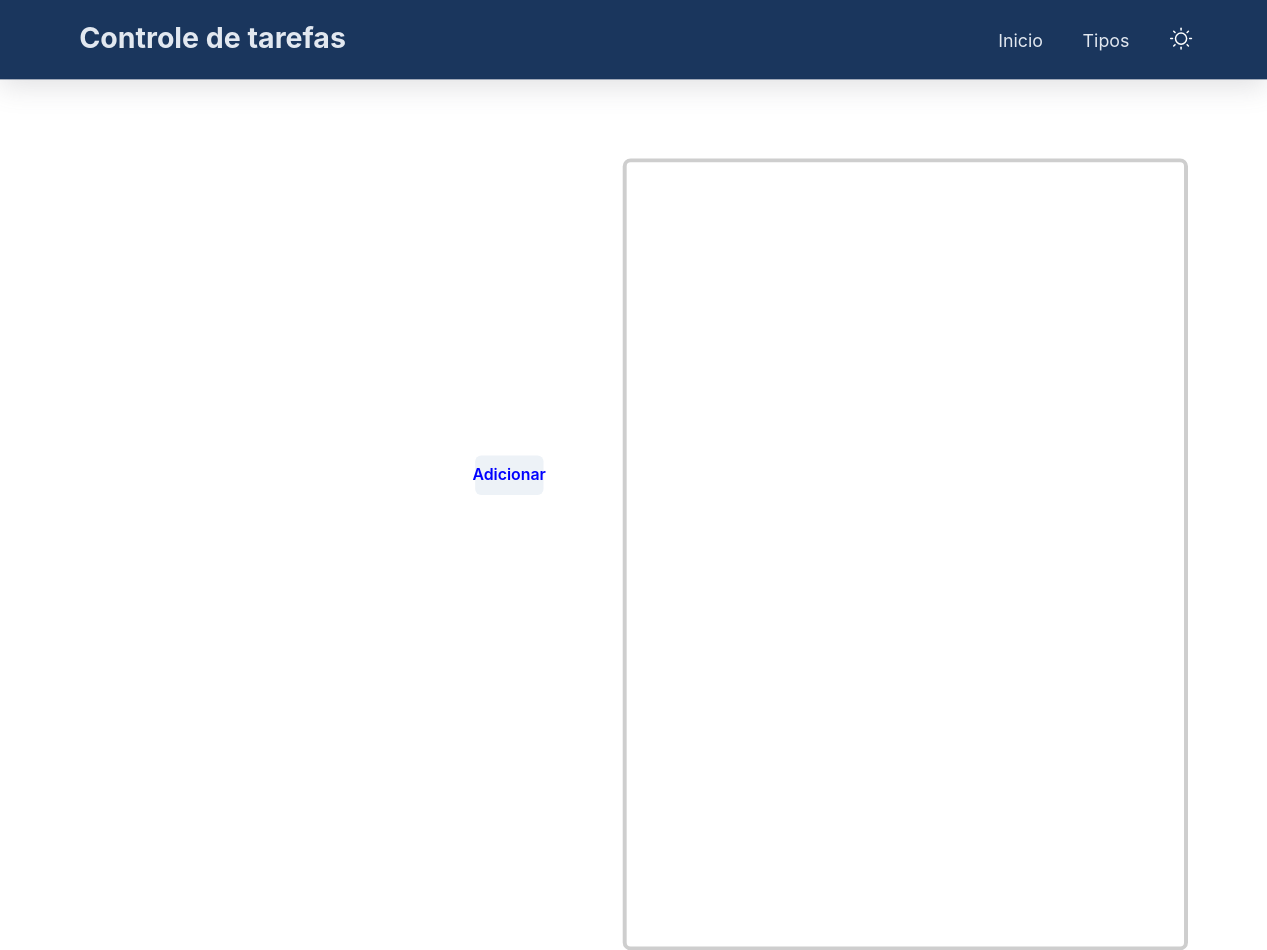
Repository: leosulzbach/Hackaton-Relampago
Page: /tipos (app in Front/)
An editor plug-in stored every save of this project. The page is shown before and after the next save, followed by the edit.
The browser window is 1280 px wide. The pictures show the whole page, at 99% of full size.
The page's requests for data from a server got no answer. The project was rebuilt for these pictures with package versions that can differ from the ones it lists, and the page was loaded fresh each time. No one was signed in, and anything a server would have sent is missing. Also part of the build but not shown: Front/vite.config.ts, Front/src/Components/Cards/CadInfo.styles.ts, Front/src/Components/Cards/CardInfo.tsx, Front/src/Components/Cards/Cards.styles.ts, Front/src/Components/Cards/Card.tsx, Front/src/Pages/home.tsx.

Above is the page before, as saved 2022-11-07 17:04:56.

### Front/src/App.tsx
import { ChakraProvider, theme } from "@chakra-ui/react"
import { BrowserRouter } from "react-router-dom"
import { Router } from "./Routes/Router"



function App() {
  return(
    <ChakraProvider theme={theme}>
    <BrowserRouter>
      <Router />
    </BrowserRouter>
  </ChakraProvider>
  )
}

export default App

### Front/src/Routes/Router.tsx
import { Routes, Route } from "react-router-dom";
import { Home } from "../Pages/home";
import { Tipos } from "../Pages/tipos";


export function Router() {
  return (
    <Routes>
      <Route path="/home" element={<Home />} />
      <Route path="/tipos" element={<Tipos />} />
     </Routes>
  );
}

### Front/src/Pages/tipos.tsx
import { Box, Button, Flex, Grid, Text } from '@chakra-ui/react'
import axios from 'axios';
import { CalendarPlus } from 'phosphor-react';
import { useEffect, useState } from 'react';
import { Card } from '../Components/Cards/Card';
import { Header } from '../Components/Header'


export interface Cadastro {
    id: number;
    descricao: string;
    situacao: string;
    data_vencimento: string;
    prioridade: string;
    email?: string

}

export const Tipos = () => {

    const [CadastroList, setCadastroList] = useState([]);



    useEffect(() => {
        axios.get("http://localhost:3000/tipos").then((response) => {
            setCadastroList(response.data);
        });
    }, []);

    console.log(CadastroList)
    return (
        <Flex>
            <Header />

            <Flex
                w={'100%'}
                align={"center"}

            >
            <Button
            color={"blue"}
            ml={"30rem"}>Adicionar</Button>
                <Box
                    mt={"10rem"}
                    ml={"5rem"}
                    borderRadius={8}
                    mr={"5rem"}
                    border={"4px solid #cecece"}
                    w={'90%'}
                    h={'800px'}>
                    {CadastroList.map((cadastro: any) => {
                        return (
                            <Card id={cadastro.id} descricao={cadastro.descricao} situacao={cadastro.situacao} data_vencimento={cadastro.data_vencimento} prioridade={cadastro.prioridade} />
                        )
                    }
                    )
                    }

                </Box>
            </Flex>


        </Flex>

    )

}

### Front/src/Components/Header.tsx
import { Box, Flex, Input, Link, Text } from "@chakra-ui/react";
import { Sun } from "phosphor-react";



export const Header = () => {
    return (
        <Flex

            as="header"
            w="100%"
            h="20"
            justify="space-between"

            borderBottomWidth={1}
            borderColor="blue.900"
            bg="blue.900"
            position={"fixed"}
            boxShadow="rgba(100, 100, 111, 0.2) 0px 7px 29px 0px"
        >
            <Flex
                p="1rem"
                justify="flex-start"
                ml="4rem"
            >
                <Text
                    fontSize="1.8rem"
                    fontWeight="bold"
                    color="gray.200"
                >
                    Controle de tarefas
                </Text>
            </Flex>
            <Flex
                p="1.7rem"
                mr="3rem"
                justify="flex-end"
                gap={10}
            >
                <Link
                    href="/home"
                    color="gray.200"
                    fontSize={18}
                    _hover={{
                        borderBottom: '4px solid  blue', transition: 'all 0.3s ease-out', transform: 'translate(-11px, 0px)'
                    }}

                >
                    Inicio
                </Link>
                <Link

                    href="/tipos"
                    color="gray.200"
                    fontSize={18}
                    _hover={{
                        borderBottom: '4px solid  blue', transition: 'all 0.3s ease-out', transform: 'translate(-11px, 0px)'
                    }}
                >
                    Tipos
                </Link>

                <Sun size={24} color={"white"} />
            </Flex>



        </Flex>
    );
}

Loaded but not shown: Front/index.html (common file); Front/src/main.tsx (common file)

After the next save:
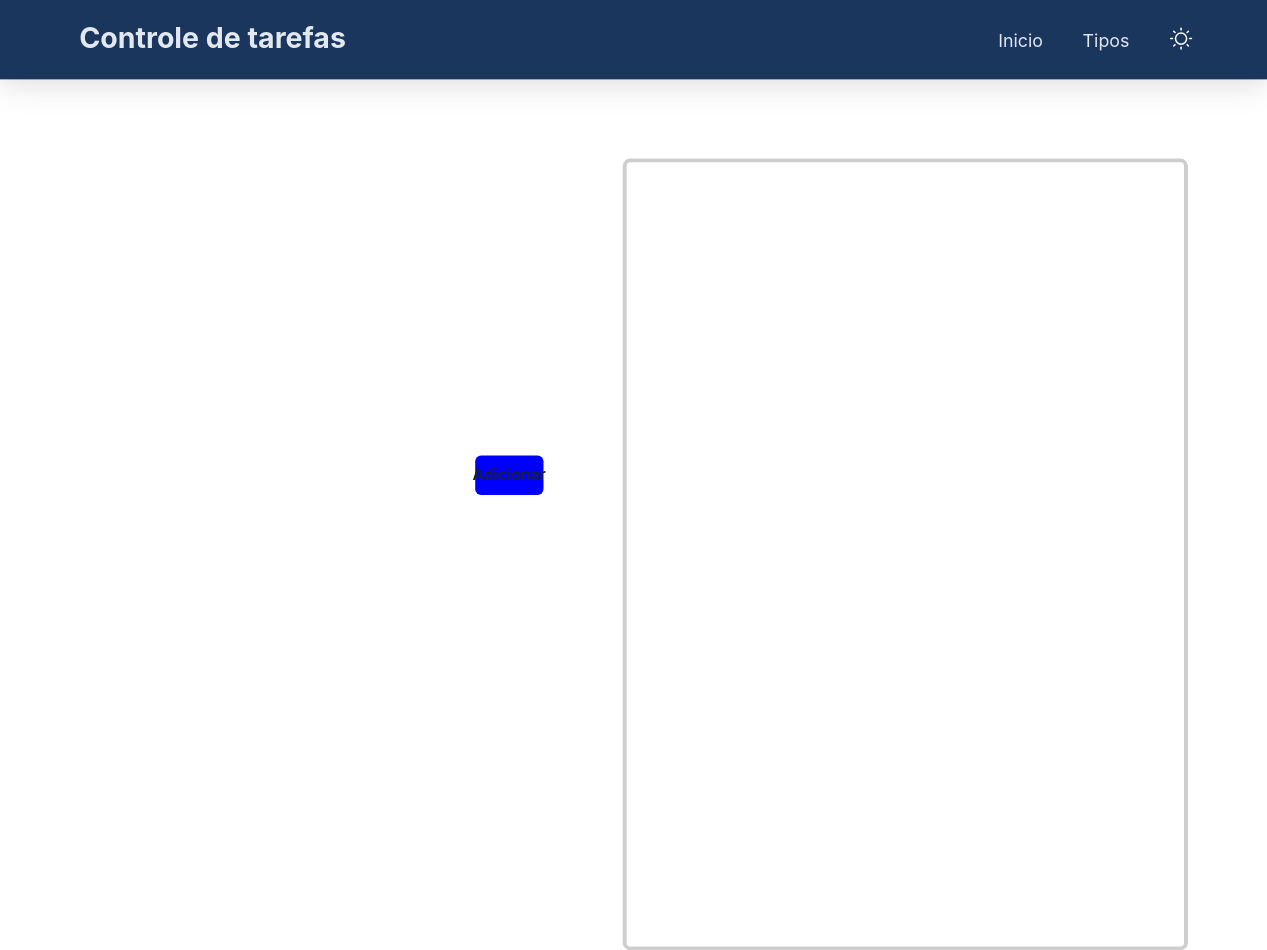
Saved 8 s later.
--- a/Front/src/Pages/tipos.tsx
+++ b/Front/src/Pages/tipos.tsx
@@ -39,7 +39,7 @@ export const Tipos = () => {
 
             >
             <Button
-            color={"blue"}
+            bg={"blue"}
             ml={"30rem"}>Adicionar</Button>
                 <Box
                     mt={"10rem"}
